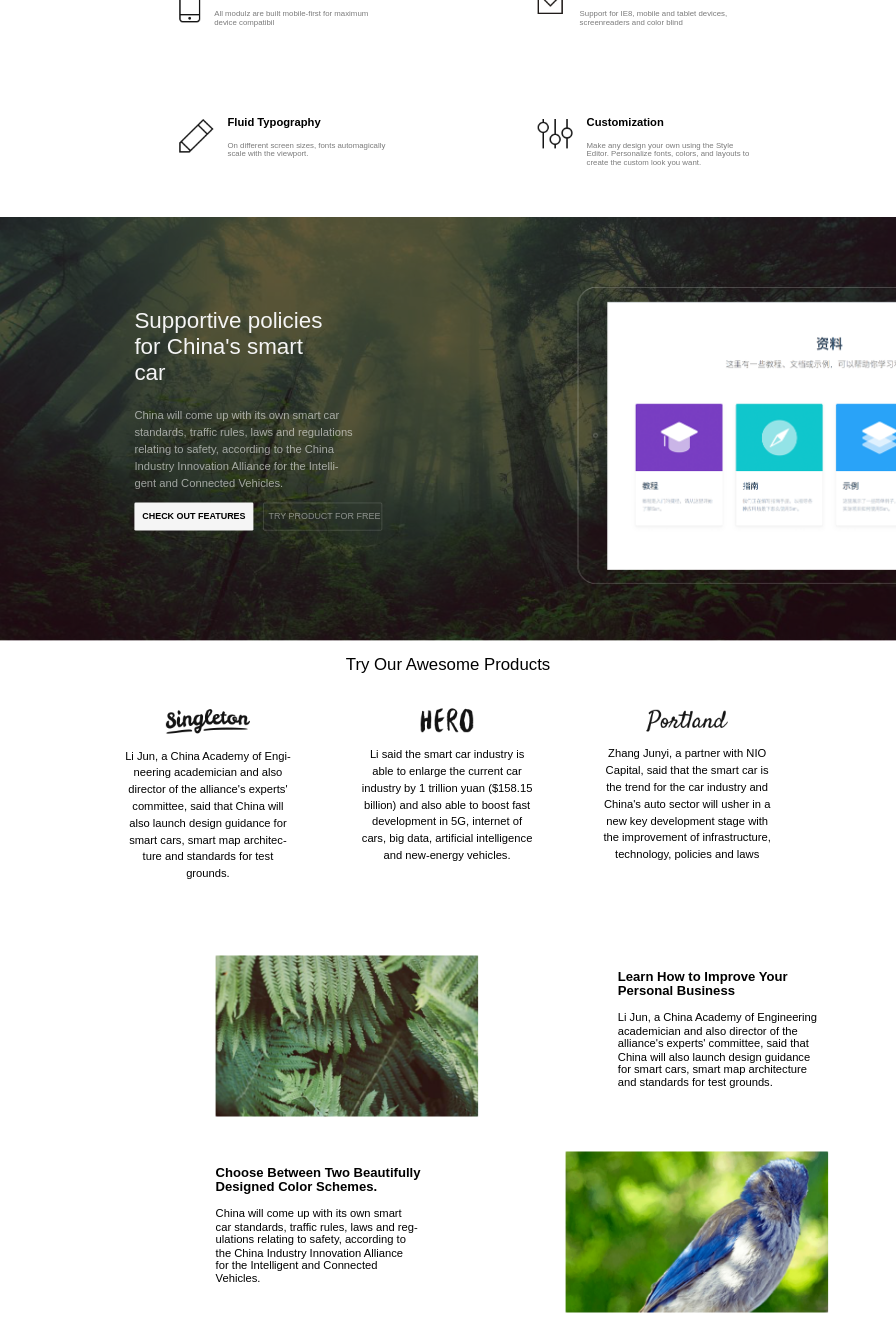
Repository: sogeisetsu/suy-ife
Page: 009-011/index.html
These files come from the project's save history. The page is drawn as it stood at one moment and after the next save; the edit follows.
The browser window is 1280 px wide. The pictures show the part of the page from y = 900 to 2820 px (the page is 2820 px tall), at 70% of full size.

Above is the page before, as saved 2019-10-12 11:34:17.

After the next save:
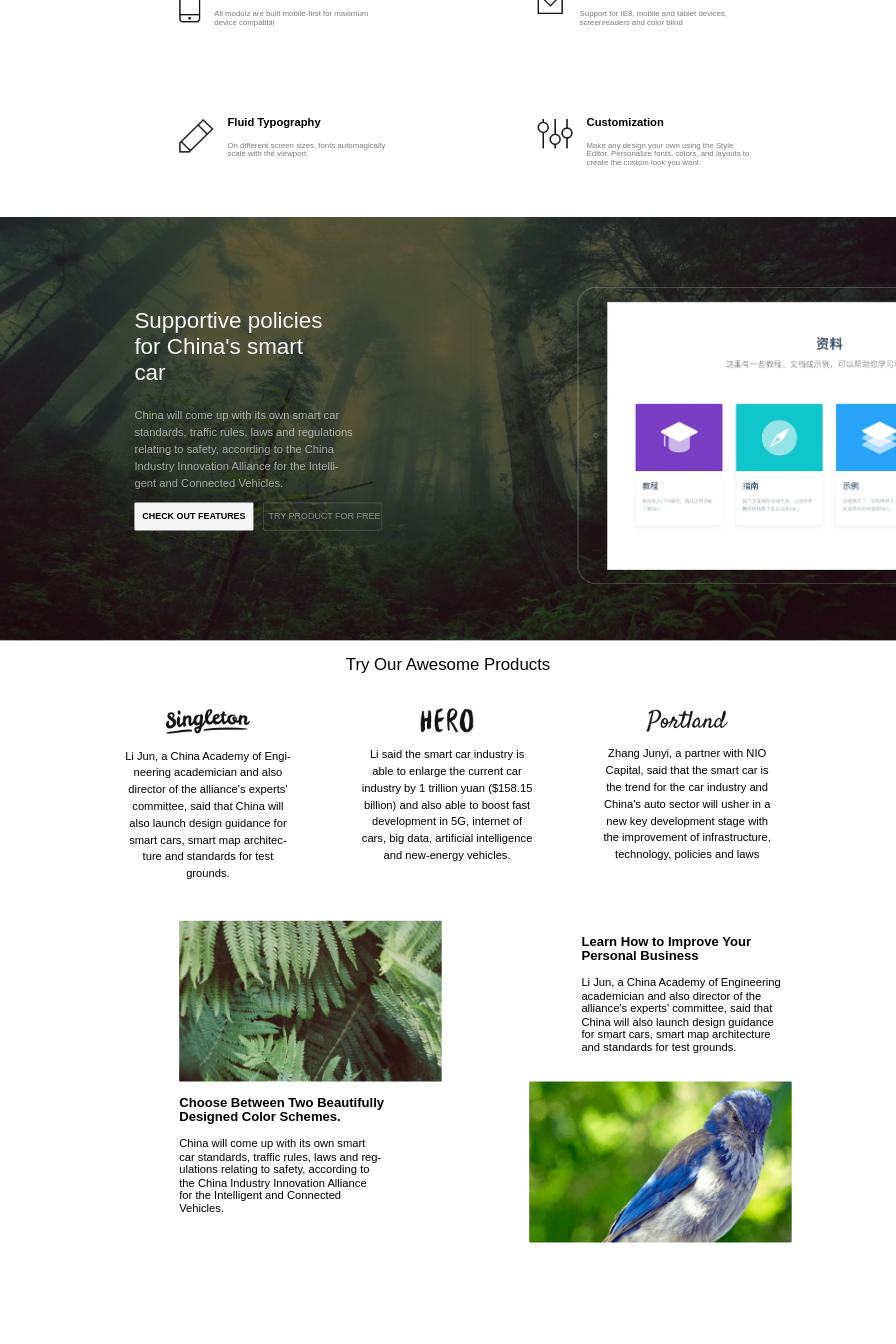
Saved 75 s later.
--- a/009-011/index.css
+++ b/009-011/index.css
@@ -227,8 +227,8 @@ input{
     /* width: 2000px; */
     box-sizing: border-box;
     width: 100%;
-    margin-top: 50px;
-    margin-left: 10%;
+    /* margin-top: 50px;
+    margin-left: 10%; */
     position: relative;
     /* bottom: 605px; */
 }
@@ -241,7 +241,7 @@ input{
     left: 200px;
 }
 .p5text{
-    margin-left: 200px;
+    margin-left: 20%;
 }
 #page5 img{
     height: 230px;
